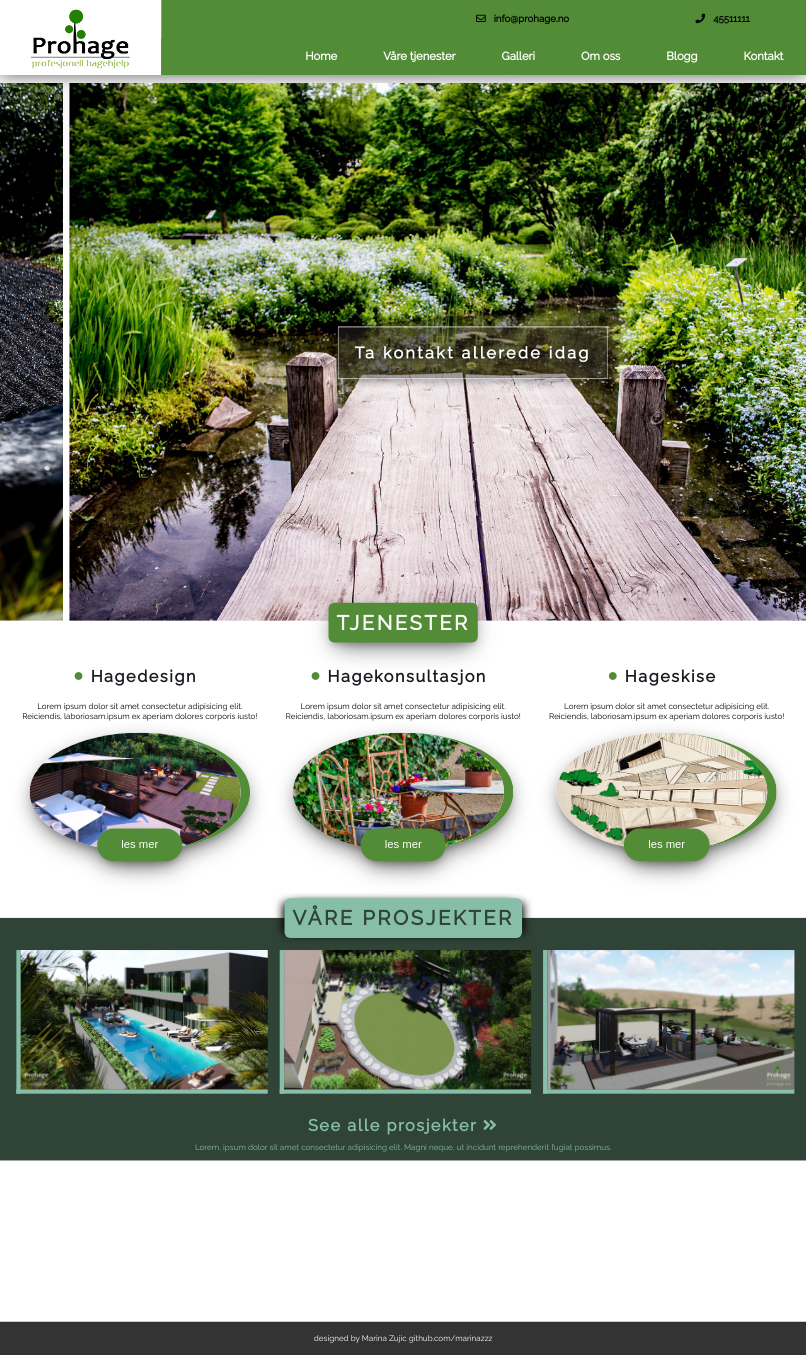
Repository: marinazzz/garden-design-website
Page: index.html
These files come from the project's save history. The page is drawn as it stood at one moment and after the next save; the edit follows.
The browser window is 1280 px wide. The pictures show the whole page, at 63% of full size.

Above is the page before, as saved 2020-04-02 14:03:49.

### index.html
<!DOCTYPE html>
<html lang="nb">
<head>
    <title>Hagedesign Oslo</title>
    <link rel="stylesheet" type="text/css" href="CSS/fontawesome-free-5.12.1-web/css/all.min.css">
    <link rel="stylesheet" type="text/css" href="CSS/style.css"/>
    <link rel="stylesheet" type="text/css" href="CSS/min-width-768px.css">
    <link rel="stylesheet" type="text/css" href="CSS/min-width-992px.css">
    <link rel="stylesheet" href="https://cdnjs.cloudflare.com/ajax/libs/animate.css/3.7.2/animate.min.css">
    <link rel="stylesheet" type="text/css" href="PLUGINS/glide-master/dist/css/glide.core.min.css" />
    <link rel="stylesheet" type="text/css" href="PLUGINS/glide-master/dist/css/glide.theme.min.css" />
    <link href="https://fonts.googleapis.com/css?family=Raleway&display=swap" rel="stylesheet">
    <meta name="viewport" content="width=device-width, initial-scale=1" charset="UTF-8">
</head>
<body>
    <header class="header--white-green">
        <div class="wrapper">
        <div class="container__menu--small container__menu"> <!--grid container-->
            <div class="container__logo"> <!--1.column-->
                <img class="logo"src="images/prohage black.png" alt="Prohage logo">
            </div>
            <div class="container__items--small container__items"> <!--2.column-->
                <div class="container__item"> <!--1.row-->
                     <a href="mailto:info@prohage.no"
                         class ="container__item-txt"><i class="far fa-envelope"></i>info@prohage.no</a>
                     <a href="tlf:45511111"
                         class="container__item-txt"><i class="fas fa-phone"></i>45511111</a>
                </div>
               <div class="container__item-bottom"> <!--2.row-->
                   <button class="menu__toggle">
                       <i class="fas fa-bars"></i>
                   </button>
                   <nav id="menu">
                        <ul class="menu__list">
                            <li class="menu__item">
                                <a class="menu__link" href="home">Home</a>
                            </li>
                            <li class="menu__item">
                                <a class="menu__link" href="#services">Våre tjenester</a>
                            </li>
                            <li class="menu__item">
                                <a class="menu__link" href="#gallery">Galleri</a>
                            </li>
                            <li class="menu__item">
                                <a class="menu__link" href="#about">Om oss</a>
                            </li>
                            <li class="menu__item">
                                <a class="menu__link" href="#blog">Blogg</a>
                            </li>
                            <li class="menu__item">
                                <a class="menu__link" href="kontakt">Kontakt</a>
                            </li>
                       </ul>
                   </nav>
               </div>
            </div>
            </div>
        </div>
        <section id="main-photo">
            <div class="glide">
                <div class="glide__track"
                     data-glide-el="track">
                    <ul class="glide__slides">
                        <li class="glide__slide">
                            <img class="main-photo__item"
                                 srcset="images/daylight-environment-garden-2000.jpg 2000w,
                                         images/daylight-environment-garden-1000.jpg 1000w"
                                 sizes="(min-width: 1440px) 2000px, 100vw"
                                 src="images/daylight-environment-garden-2000.jpg" alt="Garden and plants" />
                                 <h1 class="main-photo__title">Profesjonell hagehjelp</h1>
                        </li>
                        <li class="glide__slide">
                            <img class="main-photo__item"
                                 srcset="images/main-header-photo-2000.jpg 2000w,
                                          images/main-header-photo-1000.jpg 1000w"
                                 sizes="(min-width: 1440px) 2000px, 100vw"
                                 src="images/main-header-photo-2000.jpg" alt="Garden and plants" />
                                 <h1 class="main-photo__title">Ta kontakt allerede idag</h1>
                                </li>
                        <li class="glide__slide">
                            <img class="main-photo__item"
                                 srcset="images/header-photo-2000.jpg 2000w,
                                         images/header-photo-1000.jpg 1000w"
                                 sizes="(min-width: 1440px) 2000px, 100vw"
                                 src="images/header-photo-2000.jpg" alt="Garden designed by proffesional" />
                                 <h1 class="main-photo__title">Rådgiving og tipser</h1>
                        </li>
                        <li class="glide__slide">
                            <img class="main-photo__item"
                                 srcset="images/bloom-blooming-blur-2000.jpg 2000w,
                                         images/bloom-blooming-blur-1000.jpg 1000w"
                                 sizes="(min-width: 1440px) 2000px, 100vw"
                                 src="images/bloom-blooming-blur-2000.jpg" alt="Garden designed by proffesional" />
                                 <h1 class="main-photo__title">Følg vår hageblogg</h1>
                        </li>
                    </ul>
                </div>
                <!--<div class="glide__arrows"
                         data-glide-el="controls">
                        <button class="glide__arrow glide__arrow--left"
                                data-glide-dir="<">
                            <i class="fas fa-chevron-circle-left"></i>
                        </button>
                        <button class="glide__arrow glide__arrow--right"
                                data-glide-dir=">">
                            <i class="fas fa-chevron-circle-right"></i>
                        </button>
                    </div>-->
            </div>

            <!--<img class="main-photo__item1"
                 srcset="images/architecture-clouds-daylight-2000.jpg 2000w,
                         images/architecture-clouds-daylight-1000.jpg 1000w"
                 sizes="(min-width: 1440px) 2000px, 100vw"
                 src="images/architecture-clouds-daylight-2000.jpg" alt="Garden">
            <img class="main-photo__item2"
                 srcset="images/header-photo-2000.jpg 2000w,
                         images/header-photo-1000.jpg 1000w"
                 sizes="(min-width: 1440px) 2000px, 100vw"
                 src="images/header-photo-2000.jpg" alt="Garden designed by proffesional" >
            <img class="main-photo__item3"
                 srcset="images/main-header-photo-2000.jpg 2000w,
                         images/main-header-photo-1000.jpg 1000w"
                 sizes="(min-width: 1440px) 2000px, 100vw"
                 src="images/main-header-photo-2000.jpg" alt="Garden and plants" >
            <h1 class="main-photo__title">Profesjonell hagehjelp</h1>-->
        </section>
     </header>
     <main>
         <section id="services" class="section--white-green section__container">
            <h1 class="services__title">Tjenester</h1>
            <div class="services__wrapp">
            <section class="services__item">
                <div class="item-title__wrapp">
                    <i class="fas fa-circle"></i>
                    <h2 class="services__item-title">Hagedesign</h2>
                </div>
                <p class="services__txt">Lorem ipsum dolor sit amet consectetur adipisicing elit. Reiciendis, laboriosam.ipsum ex aperiam dolores corporis iusto!</p>
                <div class="button__position">
                     <img class="services__photo" src="images/Hagedesign.jpg" alt="Hagedesigner tegner" />
                     <button class="services__toggle">les mer</button>
                </div>
            </section>
            <section class="services__item">
                <div class="item-title__wrapp">
                    <i class="fas fa-circle"></i>
                    <h2 class="services__item-title">Hagekonsultasjon</h2>
                </div>
                <p class="services__txt">Lorem ipsum dolor sit amet consectetur adipisicing elit. Reiciendis, laboriosam.ipsum ex aperiam dolores corporis iusto!</p>
                <div class="button__position">
                    <img class="services__photo" src="images/konsultasjon.jpg" alt="Hagekonsultasjon med hagedesigner"/> <!--smaller picture than other 2-->
                    <button class="services__toggle">les mer</button>
                </div>
            </section>
            <section class="services__item">
                <div class="item-title__wrapp">
                    <i class="fas fa-circle"></i>
                    <h2 class="services__item-title">Hageskise</h2>
                </div>
                <p class="services__txt">Lorem ipsum dolor sit amet consectetur adipisicing elit. Reiciendis, laboriosam.ipsum ex aperiam dolores corporis iusto!</p>
                <div class="button__position">
                    <img class="services__photo" src="images/skisse.jpg" alt="Hagedesigner hjelp"/>
                    <button class="services__toggle">les mer</button>
                </div>
            </section>
            </div>
         </section>
         <section id="gallery" class="section--dark-green section__container">
            <h1 class="gallery__title services__title">Våre prosjekter</h1>
            <div class="gallery__wrapp services__wrapp">
                <div class="gallery__items">
                    <div class="gallery__item-wrapp">
                        <img class="gallery__item"
                             srcset="images/gallery-photo1-2000.jpg 2000w,
                                     images/gallery-photo1-1000.jpg 1000w"
                             sizes="(min-width: 1440px) 2000px, 100vw"
                             src="images/gallery-photo1-2000.jpg" alt="Hagedesign terrase" />
                    </div>
                    <div class="gallery__item-wrapp gallery__item-wrapp--padding">
                        <img class="gallery__item"
                             srcset="images/gallery-photo2-2000.jpg 2000w,
                                     images/gallery-photo2-1000.jpg 1000w"
                             sizes="(min-width: 1440px) 2000px, 100vw"
                             src="images/gallery-photo2-2000.jpg" alt="Hagedesign terrase" />
                    </div>
                    <div class="gallery__item-wrapp">
                        <img class="gallery__item"
                             srcset="images/gallery-photo3-2000.jpg 2000w,
                                     images/gallery-photo3-1000.jpg 1000w"
                             sizes="(min-width: 1440px) 2000px, 100vw"
                             src="images/gallery-photo3-2000.jpg" alt="Hagedesign terrase" />
                    </div>
                </div>
                <div class="gallery__txt-wrapp">
                    <h2 class="gallery__item-title services__item-title">See alle prosjekter
                        <i class="fas fa-angle-double-right"></i>
                    </h2>
                    <p class="gallery__txt">Lorem, ipsum dolor sit amet consectetur adipisicing elit. Magni neque, ut incidunt reprehenderit fugiat possimus.</p>
                </div>
            </div>
        </section>
         <article id="blog-posts">

         </article>
         <section id="about oss">

        </section>
     </main>
     <footer>
	     <p>designed by Marina Zujic
		     <a href="https://github.com/marinazzz">github.com/marinazzz</a>
	     </p>
     </footer>
     <script src="PLUGINS/glide-master/dist/glide.min.js"></script>
     <script>
        new Glide('.glide', {
            type: 'carousel',
            autoplay: true,
            hoverpause: false,
            perView: 1,
            animationDuration: 10000
        }).mount()
      </script>
     <script src="JS/js-app.js"></script>
</body>
</html>

### CSS/style.css
html {
  font-size: 62.5%;
}

body {
  margin: 0;
  padding: 0;
  text-align: center;
  box-sizing: border-box;
  font-family: 'Raleway', sans-serif;
}

       /*__ HEADER__ */

/*color styles*/
.header--white-green {
  --header-bg-color: #528C36;
  --header-link-color: black;
  --header-menu-link: #fff;
  --header-toggle-color: #528C36;
}

/*main style*/
.container__menu--small {
  display: flex;
  justify-content: space-around;
  box-shadow: 0 0 2rem 0 rgba(0, 0, 0, 0.24), 0 0 30rem 0 rgba(0, 0, 0, 0.2);
}

.logo {
  max-height: 8rem;
  background: white;
}

.container__items--small {
  display: grid;
  grid-template-rows: 1fr 1fr;
  align-content: flex-end;
  width: 250px;
}

.container__item {
  align-self: center;
}

.container__item,
.container__item-bottom {
  text-align: end;
}

.container__item-txt {
  color: var(--header-link-color);
  text-decoration: none;
  font-size: 1.2rem;
}

.container__item > a:first-of-type {
  padding-right: 1.6rem;
}

.container__item-bottom > nav {
  text-align: center;
}

.menu__toggle {
  color: var(--header-bg-color);
  box-sizing: border-box;
  border: none;
  background-color: transparent;
  outline: none;
  font-size: 3rem;
  line-height: 0;
  padding: 0.5rem;
  color: var(--header-toggle-color);
  position: relative;
  z-index: 100;
}

.fa-phone,
.fa-envelope {
  margin-right: 1rem;
}


/* MENU */

#menu {
  display: none;
  position: absolute;
  top: auto;
  left: 0;
  width: 100%;
  padding-top: 1rem;
  background-color: var(--header-bg-color);
  z-index: 20;
}

.menu__list {
  padding: 0;
  margin: 0;
  display: flex;
  flex-direction: column;
}

.menu__item {
  display: block;
  margin-bottom: 1rem;
}

.menu__link {
  color: var(--header-menu-link);
  text-decoration: none;
  font-size: 1.4rem;
}

#menu.menu-opened {
  display: block;
}


/*FOR SMALL DEVICES*/

@media screen and (max-width: 420px) {

  .logo {
    max-height: 7rem;
  }

  .container__items--small {
    width: auto;
    align-self: center;
  }

  .container__item > a:first-of-type {
    padding-right: 1.3rem;
  }

  .container__item {
    text-align: center;
  }

  .fa-phone, .fa-envelope {
    margin-right: 0.3rem;
  }
}

/* MAIN PICTURE */

#main-photo {
  width: 100%;
  padding-top: 1rem;
}

.main-photo__title {
  position: absolute;
  color: white;
  background-color:#524a4a3b;
  border: 0.1rem solid white;
  filter: drop-shadow(2px 4px 6px black);
  padding: 2rem;
  margin: 0 auto;
  font-size: 1.5rem;
  letter-spacing: 0.2rem;
  top: 50%;
  left: 50%;
  transform: translate(-50%, -50%);
}



/* GLIDE SLIDER CSS OVERRIDES */

.glide__slides {
  margin: 0;
}

.glide__slide {
  position: relative;
}

/*#main-photo .glide__arrow  {
  font-size: 4rem;
  padding: 0;
  border-color: transparent;
  box-shadow: none;
  border-radius: 50%;
  line-height: 0;
  transition: all 200ms ease-in-out;
}

#main-photo .glide__arrow:hover {
  border-color: #252525;
  color: #252525;
}*/



/*#main-photo {
  position: relative;
}

.main-photo__item {
   width: 100%;
}

.main-photo__title {
  position: absolute;
  bottom: 1rem;
  left: 20rem;
  font-size: 2rem;
}*/



/*1. COLOR OPTION*/
/* CSS variables*/
/* :root {
  --header-bg-color: #4daa57;
  --header-top-bg-color: #252525;
  --header-toggle-color: #fff;
}*/

/*.top-header__item {
  color: var(--header-link-color);
  text-decoration: none;
  font-size: 1.4rem;
}*/


/*------MAIN----------*/

/* SECTIONS */

/*Common styles for sections*/

/*color styles*/
.section--white-green {
  --section-bg: #FAFAFA;
  --section-title-bg: #528C36;
  --section-border-color: #528C36;
  --section-h2-color: #1C1A21;
  --buttons-services-color: #528C36;
}

/*layout*/
.services__wrapp {
  display: flex;
  flex-direction: column;
  align-items: center;
  padding: 0 1rem;
}

/*#services, #gallery, #reviews, #about {
  padding: 0.5rem;
  background: var(--section-bg);
}*/

/*.services-title, .gallery-title, .about-title {
  font-size: 2.5rem;
  margin: 0 9rem;
  padding-top: 1.6rem;
  letter-spacing: 0.32rem;
  border-bottom: var(--section-border-color) solid 0.25rem;
}*/


/* SECTION SERVICES */

.services__title {
  font-size: 2.5rem;
  position: absolute;
  left: 50%;
  transform: translate(-50%, -50%);
  border-radius: 0.7rem;
  color: #fafafa;
  background: var(--section-title-bg);
  letter-spacing: 0.32rem;
  padding: 1rem;
  margin: 0 auto;
  text-transform: uppercase;
}

.services__title,
.services__photo,
.services__toggle {
  box-shadow: 0 16px 38px -12px rgba(0, 0, 0, 0.56), 0 4px 25px 0px rgba(0, 0, 0, 0.12), 0 8px 10px -5px rgba(0, 0, 0, 0.2);
}

.services__item {
  padding-top: 5rem;
}

.item-title__wrapp {
  display: flex;
  justify-content: center;
  align-items: center;
}

.fas,
.fa-circle {
  color: var(--buttons-services-color);
}

.services__item-title {
  color: var(--section-h2-color);
  letter-spacing: 0.2rem;
  margin: 0.5rem 0 0.5rem 0;
  font-size: 2rem;
  padding: 0 1rem;
}

.services__txt {
  margin: 0;
  padding: 1.5rem;
}

.button__position {
  position: relative;
}

.button__position > button {
  position: absolute;
  bottom: -15%;
  left: 50%;
  transform: translate(-50%, -50%);
}

.services__photo {
  overflow: hidden;
  border-radius: 50%;
  border-right: solid 1.2rem var(--section-border-color);
  width: 80%;
}

.services__toggle {
  background: var(--buttons-services-color);
  border-radius: 3rem;
  box-sizing: border-box;
  border: none;
  font-size: 1.4rem;
  padding: 1.2rem 3rem;
  color: #fff;
}


/* SECTION GALLERY */

.section--dark-green {
  --section-bg: #304337;
  --section-title-color: #304337;
  --section-title-bg: #86BEA9;
  --section-border-color: #86BEA9;
  --section-h2-color: #86BEA9;
}

#gallery {
  margin-top: 8rem;
  position: relative;
}

.gallery__title {
  width: 65%;
  color: var(--section-title-color);
  background: var(--section-title-bg);
  box-shadow: -10px 0px 13px -7px #000000, 10px 0px 13px -7px #000000, 2px 5px 15px 5px rgba(0,0,0,0);
}

.gallery__wrapp {
  background: var(--section-bg);
}

.gallery__item {
  border-left: solid 0.6rem var(--section-title-bg);
  border-bottom: solid 0.6rem var(--section-title-bg);
  width: 100%;
  /*box-shadow: inset 6px -6px 6px 1px #86bea9;*/
}

.gallery__item-wrapp {
  padding: 0 2rem 2rem 1.4rem;
}

.gallery__txt-wrapp {
  display: flex;
  flex-direction: column;
  align-items: center;
}

.gallery__item-title,
.gallery__txt {
  color: var(--section-title-bg);
  padding: 0 3rem;
}

.gallery__items {
  padding-top: 4rem;
  display: flex;
  flex-direction: column;
  align-items: center;
}

/*FOOTER*/

footer {
  background: #333333;
  padding: 0.5rem;
  margin-top: 20rem; /*temporary*/
  color: white;
}

footer a {
  color: white;
  text-decoration: none;
}

### CSS/min-width-768px.css
@media screen and (min-width: 768px) {

  html {
    font-size: 70%;
  }

   /* HEADER */


   .container__menu,
   .container__items {
    display: grid;
   }

   .container__menu {
    grid-template-columns: 2fr 80%;
    box-shadow: 0 0 2rem 0 rgba(0, 0, 0, 0.62), 0 0 30rem 0 rgba(0, 0, 0, 0.19);
  }

  .container__items {
    grid-template-rows: 1fr 1fr;
    background: var(--header-bg-color);
    width: auto;
  }

  .container__item,
  .container__item-bottom {
    display: flex;
  }

  .container__item {
    align-self: center;
    justify-content: space-around;
    /*padding-left: 23rem;*/
  }

  .container__item > a:first-of-type {
    padding-left: 10rem;
  }

  .container__item-bottom {
    align-items: center;
  }

  .menu__toggle {
    display: none;
  }

  /* NAVIGATION */

  #menu,
  .menu-opened .menu__item .menu__link {
    display: block;
  }

  #menu {
    position: static;
    padding: 0;
    top: 0;
  }

  #menu,
  .menu_list {
    height: 100%;
  }

  .menu__list {
    height: 100%;
    flex-direction: row;
    justify-content: center;
    align-items: center;
    padding-left: 5rem;
  }

  .menu__item {
    height: 100%;
    display: block;
    flex-grow: 1;
    margin: 0;
    line-height: 4.5rem;
  }

  .menu__item:hover {
    background-color:#272727;
  }

  .menu__link:active {
    color:black;
  }

  .menu__link,
  .container__item-txt {
    font-weight: bold;
  }

  /* color styles */

  :root {
    /*header*/
    --header-bg-color:#528C36;
    --link-color: #FCFDF9;
  }

  /* MAIN PHOTO */

  .main-photo__title {
    font-size: 2rem;
    letter-spacing: 0.3rem;
}


/* SECTIONS */

/*Common styles for sections*/
/*layout*/
.services__wrapp,
.gallery__items {
  flex-direction: row;
}

/*SECTION SERVICES*/

/*.services__item {
  padding-top: 3rem;
}*/

.button__position > button {
  bottom: -20%;
}

/*SECTION GALLERY*/

.gallery__title {
  width: auto;
}

.gallery__wrapp {
  padding: 0;
  flex-wrap: wrap;
  justify-content: space-around;
}

.gallery__txt-wrapp {
  display: block;
  margin: auto;
}

.gallery__item-wrapp {
  padding: 0 2rem 2rem 2rem;;
}

.gallery__item-wrapp--padding {
  padding: 0 0 2rem 0;
}

}

### CSS/min-width-992px.css
@media screen and (min-width: 992px) {
    html {
        font-size: 80%;
    }

   /* HEADER */

    .logo {
        max-height: 9rem;
    }

    .container__items {
        width: auto;
    }

    .container__item {
        padding-left: 22rem;;
    }

    .container__item-bottom,
    .container__items {
        padding: 0;
    }

    #menu {
        padding-left: 10rem;
    }
}

@media screen and (min-width: 1440px) {

    /* HEADER */
    .container__menu {
        max-width: 1500px;
        margin: 0 auto;
    }

    .container__item {
        padding-left: 47rem;;
    }

    #menu {
        padding-left: 30rem;
    }


    /* MAIN PHOTO */

    .main-photo__title {
        font-size: 3rem;
        letter-spacing: 0.5rem;
    }
}

@media screen and (min-width: 2560px) {
    html {
        font-size: 90%;
    }

    .logo {
        max-height: 12rem;
    }

    .container__item {
        justify-self: center;
    }

    .container__item > a:first-of-type {
        padding: 0 13rem;
    }

    .container__item-bottom {
        padding: 0 40rem;
    }

    /*content on middle*/

    .container__menu {
        max-width: 2000px;
    }

    .container__item-bottom,
    .container__items {
        padding: 0;
    }

    #menu,
    .container__item {
        padding-left: 50rem;
    }

    /* SECTIONS */

    .section__container {
        max-width: 2000px;
        margin: 0 auto;
    }

    .button__position > button {
        bottom: -15%;
      }

      /*SECTION GALLERY*/

      .gallery__wrapp {
          justify-content: space-around;
      }

      .services__wrapp {
          padding: 0;
      }

}

### JS/js-app.js
let mainNav = document.getElementById("menu");

let navBarToggle = document.querySelector(".menu__toggle");

navBarToggle.addEventListener("click", function () {

    mainNav.classList.toggle("menu-opened");
});

Loaded but not shown: CSS/fontawesome-free-5.12.1-web/css/all.min.css (library); PLUGINS/glide-master/dist/css/glide.core.min.css (common file); PLUGINS/glide-master/dist/css/glide.theme.min.css (common file); PLUGINS/glide-master/dist/glide.min.js (library)

After the next save:
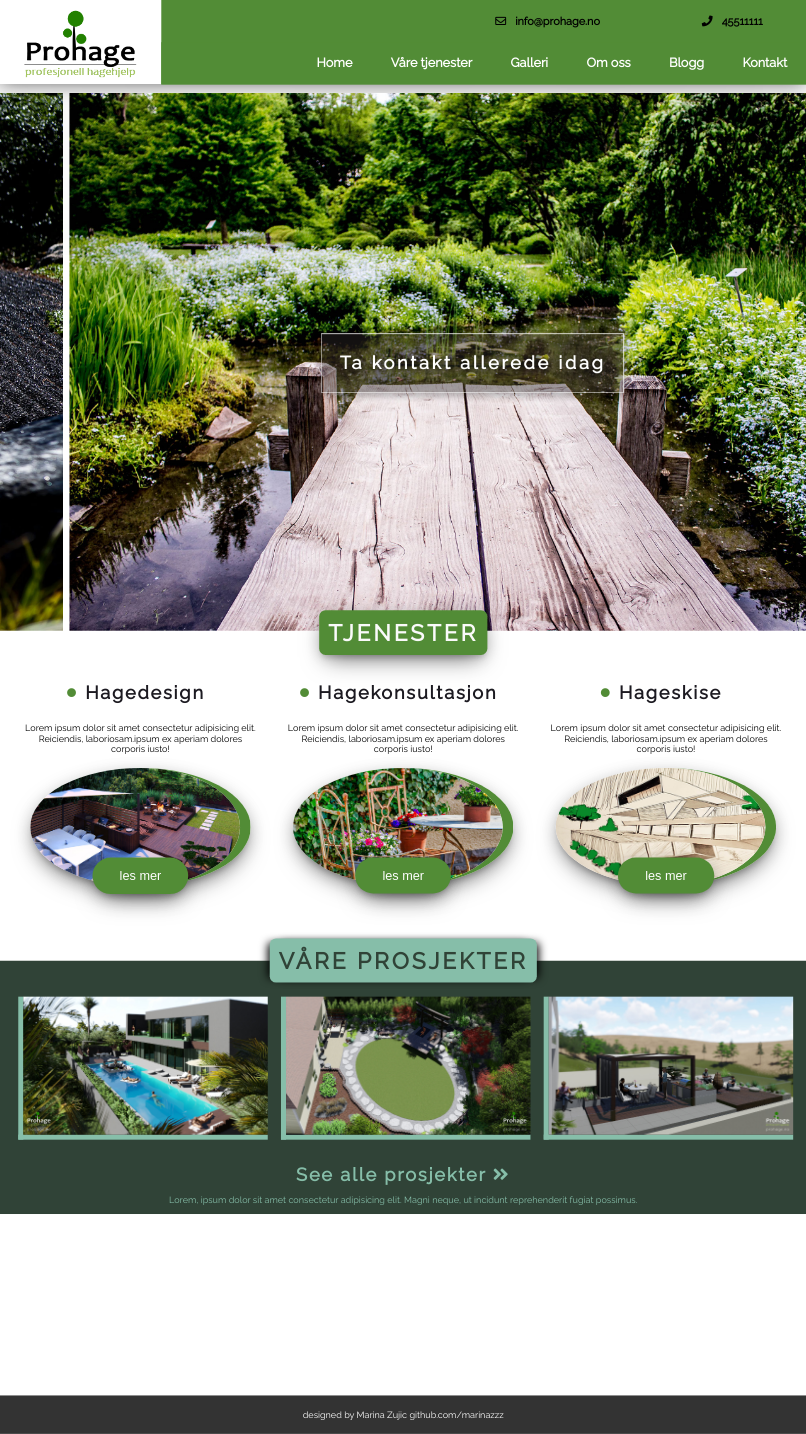
Saved 24 s later.
--- a/CSS/min-width-992px.css
+++ b/CSS/min-width-992px.css
@@ -1,6 +1,6 @@
 @media screen and (min-width: 992px) {
     html {
-        font-size: 80%;
+        font-size: 90%;
     }
 
    /* HEADER */
@@ -54,7 +54,7 @@
 
 @media screen and (min-width: 2560px) {
     html {
-        font-size: 90%;
+        font-size: 100%;
     }
 
     .logo {
